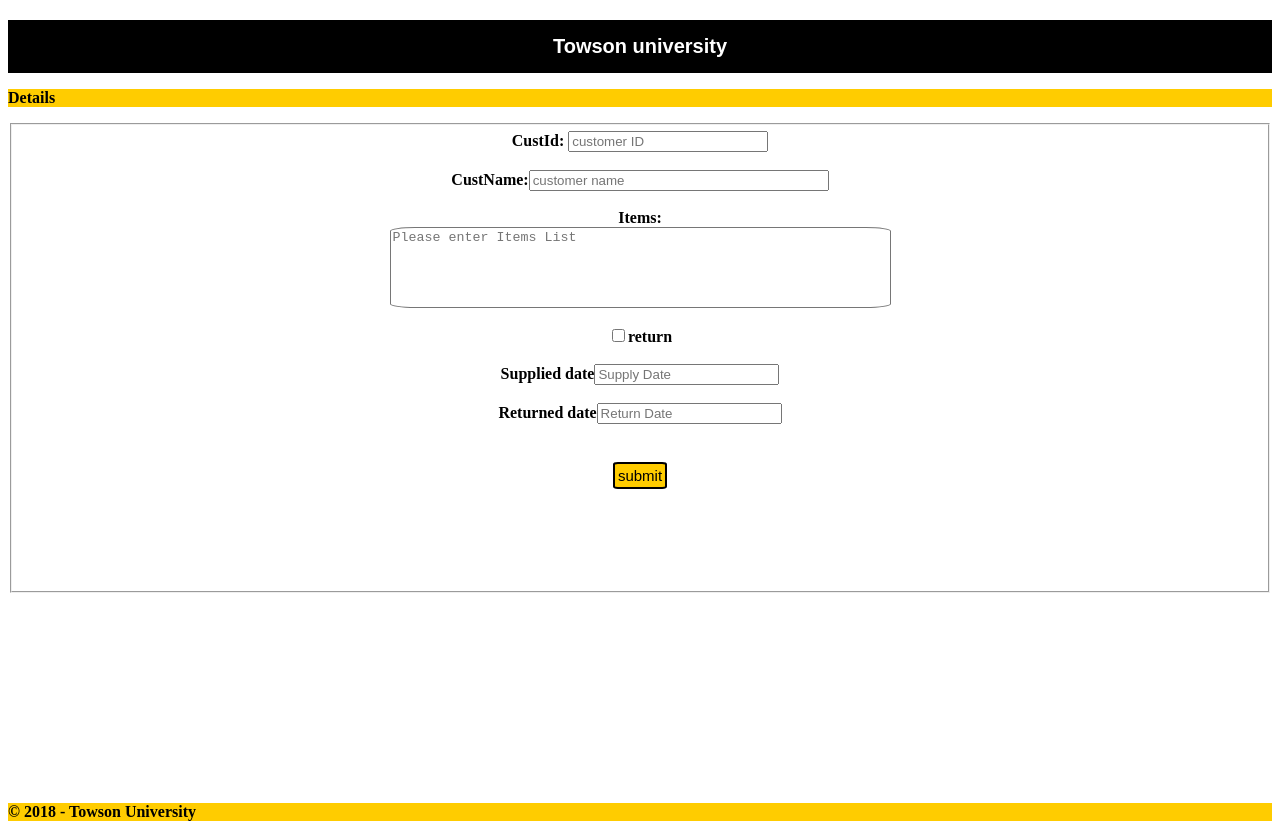
Repository: DatabaseCOSC578/eclipse-workspace11
Page: http://localhost/Supervisor/Supervisorshow.jsp
These files come from the project's save history. The page is drawn as it stood at one moment and after the next save; the edit follows.
The browser window is 1280 px wide. The pictures show the whole page.
The page is served by Tomcat 9. Other server files are loaded and not shown.

Above is the page before, as saved 2018-04-16 11:27:56.

### Supervisor/WebContent/Supervisorshow.jsp
<html>
<head>
    <link href="css/layout1.css" rel="stylesheet">
</head>
<body>
<header><center>Towson university</center></header>
<form name="inputdetails" action="store" method="post" id="form1">
<p id = "hash"><b>Details</b></p>
<fieldset><center>

<b>CustId:</b> <input type=text style="width: 200px;" name="custid " placeholder="customer ID"><br><br>
<b>CustName:</b><input type=text style="width: 300px; align:center;" name="custname" placeholder="customer name "><br><br>
<b>Items:<b/><br/>
<textarea rows="5" cols="60"  maxlength="260" name="items" placeholder="Please enter Items List">
</textarea> <br><br>
<input type=checkbox name="return" value=1>return<br><br>
Supplied date<input type=text name="sdate" placeholder="Supply Date" ><br><br>
Returned date<input type=text name="rdate" placeholder="Return Date" ><br><br>
<input type=submit value=submit> <br><br><br><br><br>
</center></fieldset>
</form>
</body>
<footer> &copy 2018 - Towson University</footer>
</html>

### Supervisor/WebContent/css/layout1.css
header {
	position: relative;
	color: #FFFFFF;
	font-family: sans-serif;
	font-size: 20px;
	text-align:left;
	background-color: #000000;
	margin: 20;
	margin-left:0;
	margin-bottom:0;
	margin-right:0;

	padding: 15;
	font-weight:700;
}

div {
	background-color: #fc0;
	margin: 0;
	margin-top:0;
	padding: 15;
}

#fs {
	margin-top: 5;
	border: solid;
}

footer {
	font-weight: 800;
	text-color: solid #000000;
	background-color: #fc0;
	margin-top: 210;
}
textarea{
	resize:none;
	border-radius:5%;
}
input[type="submit"] {
	align:center;
	margin: 20px;
	background-color: #fc0;
	padding: 3;
	text-align:center;
	text-weight: 700;
	border: solid 2px;
	font-size: 15;
	border-radius: 9%;
}
input[type="submit"]:hover {
	cursor:pointer;
}

#abc{
align:center;
margin-left:800;
}

#b1 {
		align:center;
	margin-left: 1200;
	background-color: #fc0;
	padding: 3;
	text-align:center;
	text-weight: 700;
	border: solid 2px;
	font-size: 15;
	font-weight:700;
	border-radius: 9%;
	position:relative;
}

#b1:hover {
	cursor:pointer;
}

#hash {
	background-color: #fc0;
}

After the next save:
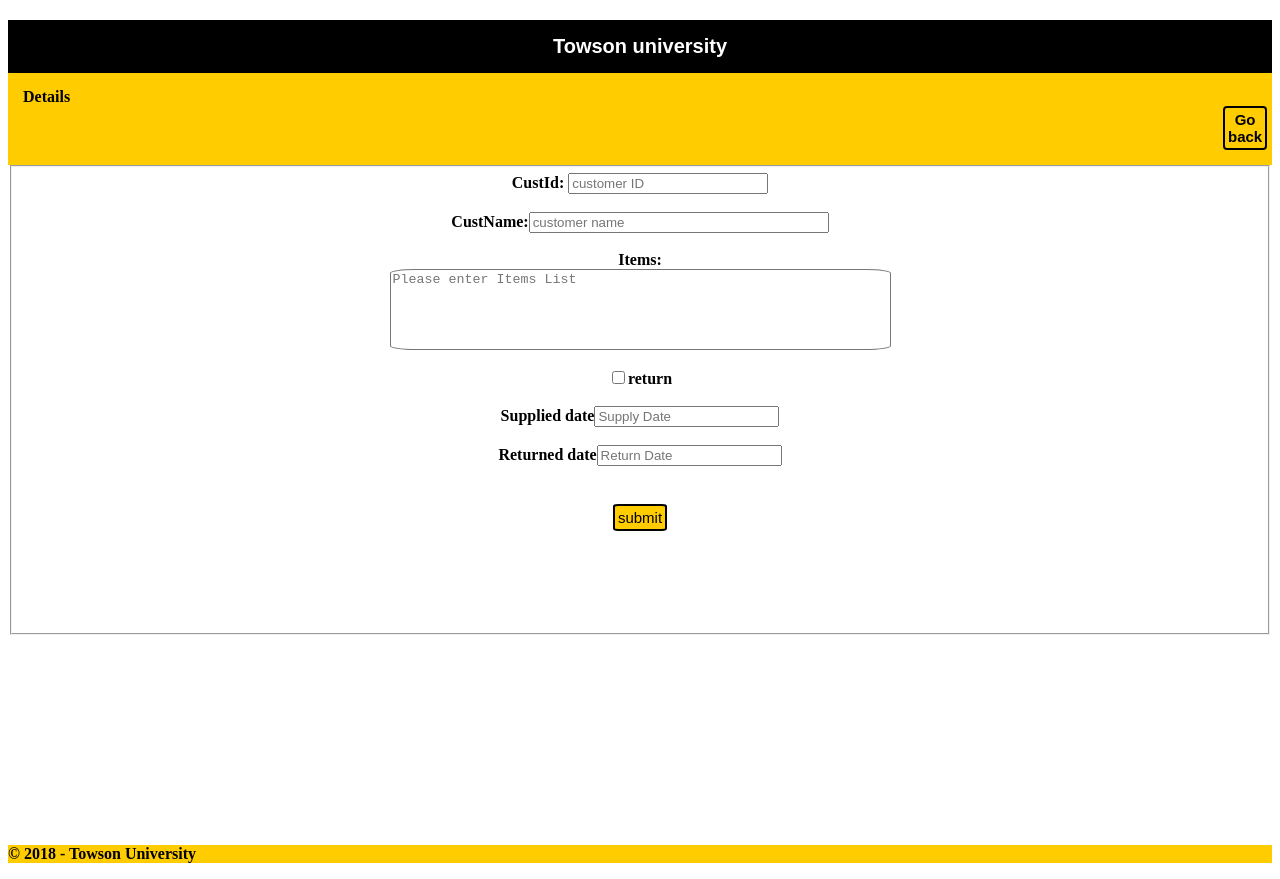
Saved 2 min 2 s later.
--- a/Supervisor/WebContent/Supervisorshow.jsp
+++ b/Supervisor/WebContent/Supervisorshow.jsp
@@ -5,7 +5,13 @@
 <body>
 <header><center>Towson university</center></header>
 <form name="inputdetails" action="store" method="post" id="form1">
-<p id = "hash"><b>Details</b></p>
+<div ><b>Details</b>
+
+
+<button id ="b1" type="submit" formaction="Supervisor.jsp">Go back</button>
+
+
+</div>
 <fieldset><center>
 
 <b>CustId:</b> <input type=text style="width: 200px;" name="custid " placeholder="customer ID"><br><br>
